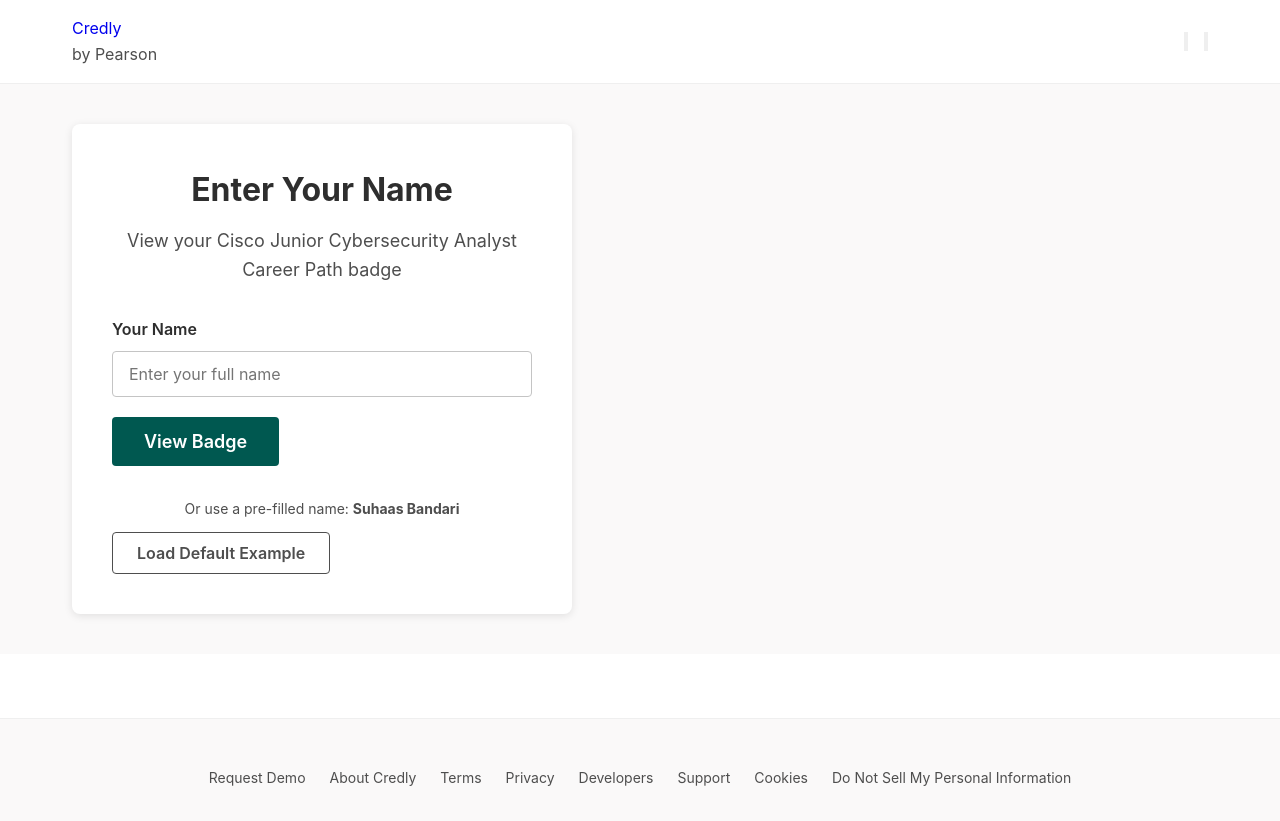
Repository: abhinay-25/credly
Page: index.html
An editor plug-in stored every save of this project. The page is shown before and after the next save, followed by the edit.
The browser window is 1280 px wide. The pictures show the whole page.

Above is the page before, as saved 2026-05-09 02:10:26.

### index.html
<!doctype html>
<html lang="en">
  <head>
    <meta charset="UTF-8" />
    <meta name="viewport" content="width=device-width, initial-scale=1.0" />
    <title>Credly Badge - Enter Your Name</title>
    <link rel="stylesheet" href="styles.css" />
  </head>
  <body>
    <!-- Header -->
    <header class="header">
      <div class="container">
        <div class="header-content">
          <div class="logo-section">
            <a href="#" class="logo">
              <span class="logo-text">Credly</span>
            </a>
            <span class="logo-subtitle">by Pearson</span>
          </div>
          <nav class="nav">
            <button class="nav-icon" aria-label="Search">
              <svg viewBox="0 0 24 24" xmlns="http://www.w3.org/2000/svg">
                <path d="M15.5 14h-.79l-.28-.27A6.471 6.471 0 0 0 16 9.5 6.5 6.5 0 1 0 9.5 16c1.61 0 3.09-.59 4.23-1.57l.27.28v.79l5 4.99L20.49 19l-4.99-5zm-6 0C7.01 14 5 11.99 5 9.5S7.01 5 9.5 5 14 7.01 14 9.5 11.99 14 9.5 14z" fill="currentColor"/>
              </svg>
            </button>
            <button class="nav-icon" aria-label="Menu">
              <svg viewBox="0 0 24 24" xmlns="http://www.w3.org/2000/svg">
                <path d="M3 18h18v-2H3v2zm0-5h18v-2H3v2zm0-7v2h18V6H3z" fill="currentColor"/>
              </svg>
            </button>
          </nav>
        </div>
      </div>
    </header>

    <!-- Main Content -->
    <main class="main-content entry-page">
      <div class="container">
        <div class="entry-card">
          <h1 class="entry-title">Enter Your Name</h1>
          <p class="entry-subtitle">
            View your Cisco Junior Cybersecurity Analyst Career Path badge
          </p>

          <form class="entry-form" id="nameForm">
            <div class="form-group">
              <label for="nameInput" class="form-label">Your Name</label>
              <input
                type="text"
                id="nameInput"
                class="form-input"
                placeholder="Enter your full name"
                required
              />
            </div>
            <button type="submit" class="btn btn-primary btn-large">
              View Badge
            </button>
          </form>

          <p class="entry-note">
            Or use a pre-filled name: <strong>Suhaas Bandari</strong>
          </p>
          <button class="btn btn-secondary" onclick="setDefaultName()">
            Load Default Example
          </button>
        </div>
      </div>
    </main>

    <!-- Footer -->
    <footer class="footer">
      <div class="container">
        <div class="footer-links">
          <a href="#" class="footer-link">Request Demo</a>
          <a href="#" class="footer-link">About Credly</a>
          <a href="#" class="footer-link">Terms</a>
          <a href="#" class="footer-link">Privacy</a>
          <a href="#" class="footer-link">Developers</a>
          <a href="#" class="footer-link">Support</a>
          <a href="#" class="footer-link">Cookies</a>
          <a href="#" class="footer-link"
            >Do Not Sell My Personal Information</a
          >
        </div>
      </div>
    </footer>

    <script>
      document
        .getElementById("nameForm")
        .addEventListener("submit", function (e) {
          e.preventDefault();
          const name = document.getElementById("nameInput").value.trim();
          if (name) {
            // Redirect to badge page with name as URL parameter
            window.location.href =
              "badge.html?name=" + encodeURIComponent(name);
          }
        });

      function setDefaultName() {
        // Redirect to badge page with default name as URL parameter
        window.location.href = "badge.html?name=Suhaas%20Bandari";
      }
    </script>
  </body>
</html>

### styles.css
/* ============================================
   GLOBAL STYLES & VARIABLES
   ============================================ */

:root {
    --color-primary: #005850;
    --color-primary-dark: #004438;
    --color-primary-light: #E5EEED;

    --color-text-heading: #2E2E2E;
    --color-text-body: #4E4E4E;
    --color-text-subtle: #737373;

    --color-bg-default: #FFFFFF;
    --color-bg-light: #FAF9F9;
    --color-bg-lighter: #F6F4F4;
    --color-bg-neutral: #EFEFEF;

    --color-border: #C4C4C4;
    --color-border-light: #EFEFEF;

    --font-family: -apple-system, BlinkMacSystemFont, "Segoe UI", "Open Sans", sans-serif;
    --font-size-base: 16px;
    --font-size-small: 14px;
    --font-size-large: 18px;
    --font-size-xl: 20px;
    --font-size-2xl: 24px;
    --font-size-3xl: 32px;
}

* {
    margin: 0;
    padding: 0;
    box-sizing: border-box;
}

html {
    font-size: 16px;
    scroll-behavior: smooth;
}

body {
    font-family: var(--font-family);
    color: var(--color-text-body);
    background-color: var(--color-bg-default);
    line-height: 1.6;
}

/* ============================================
   LAYOUT & CONTAINER
   ============================================ */

.container {
    max-width: 1200px;
    margin: 0 auto;
    padding: 0 20px;
    width: 100%;
}

/* ============================================
   HEADER
   ============================================ */

.header {
    background-color: var(--color-bg-default);
    border-bottom: 1px solid var(--color-border-light);
    padding: 16px 0;
    position: sticky;
    top: 0;
    z-index: 100;
}

.header-content {
    display: flex;
    justify-content: space-between;
    align-items: center;
    gap: 20px;
}

.logo {
    text-decoration: none;
    display: flex;
    align-items: center;
}

.logo-img {
    height: 40px;
    width: auto;
    object-fit: contain;
}

.nav {
    display: flex;
    gap: 12px;
    align-items: center;
}

/* ============================================
   BUTTONS
   ============================================ */

.btn {
    padding: 10px 24px;
    border: none;
    border-radius: 4px;
    font-size: var(--font-size-base);
    font-weight: 600;
    cursor: pointer;
    text-decoration: none;
    display: inline-flex;
    align-items: center;
    gap: 8px;
    transition: all 0.3s ease;
    font-family: var(--font-family);
}

.btn-primary {
    background-color: var(--color-primary);
    color: white;
}

.btn-primary:hover {
    background-color: var(--color-primary-dark);
}

.btn-secondary {
    background-color: transparent;
    color: var(--color-text-body);
    border: 1px solid var(--color-text-body);
}

.btn-secondary:hover {
    background-color: var(--color-bg-light);
}

.btn-verify {
    background-color: white;
    color: var(--color-primary);
    border: 1px solid var(--color-border);
    display: inline-flex;
    align-items: center;
    gap: 8px;
}

.btn-verify:hover {
    background-color: var(--color-bg-light);
}

.btn-verify svg {
    width: 18px;
    height: 18px;
}

.btn-verify:hover {
    background-color: var(--color-primary-light);
    border-color: var(--color-primary);
}

.btn-celebrate {
    background-color: white;
    color: var(--color-primary);
    border: 1px solid var(--color-border);
    display: inline-flex;
    align-items: center;
    gap: 8px;
}

.btn-celebrate:hover {
    background-color: var(--color-primary-light);
    border-color: var(--color-primary);
}

.btn-celebrate svg {
    width: 18px;
    height: 18px;
}

.btn-full {
    width: 100%;
    justify-content: center;
}

.btn-large {
    padding: 14px 32px;
    font-size: var(--font-size-large);
}

/* ============================================
   ENTRY PAGE
   ============================================ */

.entry-page {
    min-height: calc(100vh - 200px);
    display: flex;
    align-items: center;
    justify-content: center;
    background-color: var(--color-bg-light);
    padding: 40px 20px;
}

.entry-card {
    background-color: white;
    border-radius: 8px;
    padding: 40px;
    max-width: 500px;
    width: 100%;
    box-shadow: 0 2px 8px rgba(0, 0, 0, 0.1);
}

.entry-title {
    font-size: var(--font-size-3xl);
    font-weight: 700;
    color: var(--color-text-heading);
    margin-bottom: 12px;
    text-align: center;
}

.entry-subtitle {
    font-size: var(--font-size-large);
    color: var(--color-text-body);
    text-align: center;
    margin-bottom: 32px;
}

.entry-form {
    margin-bottom: 24px;
}

.form-group {
    margin-bottom: 20px;
}

.form-label {
    display: block;
    font-weight: 600;
    margin-bottom: 8px;
    color: var(--color-text-heading);
    font-size: var(--font-size-base);
}

.form-input {
    width: 100%;
    padding: 12px 16px;
    border: 1px solid var(--color-border);
    border-radius: 4px;
    font-size: var(--font-size-base);
    font-family: var(--font-family);
    transition: border-color 0.3s;
}

.form-input:focus {
    outline: none;
    border-color: var(--color-primary);
    box-shadow: 0 0 0 3px rgba(0, 88, 80, 0.1);
}

.entry-note {
    text-align: center;
    margin-top: 32px;
    margin-bottom: 12px;
    color: var(--color-text-body);
    font-size: var(--font-size-small);
}

/* ============================================
   BADGE BANNER
   ============================================ */

.badge-banner {
    background-color: var(--color-bg-light);
    padding: 32px 0;
    border-bottom: 1px solid var(--color-border-light);
}

.badge-banner-inner {
    display: grid;
    grid-template-columns: auto 1fr auto;
    align-items: center;
    gap: 24px;
}

.badge-banner-icon {
    width: 80px;
    height: 80px;
    border-radius: 50%;
    background-color: white;
    display: flex;
    align-items: center;
    justify-content: center;
    flex-shrink: 0;
    color: var(--color-text-subtle);
}

.badge-banner-icon svg {
    width: 45px;
    height: 45px;
}

.badge-banner-info {
    display: flex;
    flex-direction: column;
    gap: 4px;
}

.badge-issued-text {
    font-size: var(--font-size-base);
    color: var(--color-text-body);
    margin: 0;
}

.badge-name-link {
    color: var(--color-primary);
    text-decoration: none;
    font-weight: 600;
}

.badge-name-link:hover {
    text-decoration: underline;
}

.badge-date {
    font-size: var(--font-size-small);
    color: var(--color-text-body);
    margin: 0;
}

.badge-banner-actions {
    display: flex;
    gap: 12px;
    justify-content: flex-end;
}

/* ============================================
   BADGE CONTENT
   ============================================ */

.badge-content {
    padding: 48px 0;
}

.badge-layout {
    display: grid;
    grid-template-columns: 340px 1fr;
    gap: 40px;
    margin-bottom: 64px;
}

.badge-sidebar {
    display: flex;
    flex-direction: column;
    gap: 20px;
}

.badge-image {
    width: 100%;
    height: auto;
    border-radius: 8px;
    box-shadow: 0 2px 8px rgba(0, 0, 0, 0.1);
}

.badge-main {
    display: flex;
    flex-direction: column;
    gap: 32px;
}

.badge-header {
    display: flex;
    flex-direction: column;
    gap: 12px;
}

.badge-title {
    font-size: var(--font-size-3xl);
    font-weight: 700;
    color: var(--color-text-heading);
    line-height: 1.3;
}

.badge-issuer {
    display: flex;
    gap: 8px;
    align-items: center;
    font-size: var(--font-size-base);
    color: var(--color-text-body);
}

.issuer-link {
    color: var(--color-primary);
    text-decoration: none;
    font-weight: 600;
}

.issuer-link:hover {
    text-decoration: underline;
}

.badge-description {
    display: flex;
    flex-direction: column;
    gap: 16px;
}

.badge-description p {
    color: var(--color-text-body);
    font-size: var(--font-size-base);
    line-height: 1.7;
}

.learn-more-link {
    color: var(--color-primary);
    text-decoration: none;
    font-weight: 600;
    font-size: var(--font-size-base);
    display: inline-block;
    width: fit-content;
}

.learn-more-link:hover {
    text-decoration: underline;
}

.badge-tags {
    display: flex;
    gap: 12px;
    flex-wrap: wrap;
}

.tag {
    display: inline-flex;
    align-items: center;
    gap: 8px;
    padding: 8px 16px;
    background-color: var(--color-bg-light);
    border: 1px solid var(--color-border-light);
    border-radius: 4px;
    font-size: var(--font-size-small);
    color: var(--color-text-body);
}

.tag svg {
    width: 16px;
    height: 16px;
    color: var(--color-text-subtle);
}

/* ============================================
   SKILLS SECTION
   ============================================ */

.skills-section {
    display: flex;
    flex-direction: column;
    gap: 20px;
}

.section-title {
    font-size: var(--font-size-2xl);
    font-weight: 700;
    color: var(--color-text-heading);
}

.skills-grid {
    display: grid;
    grid-template-columns: repeat(auto-fill, minmax(200px, 1fr));
    gap: 12px;
}

.skill-tag {
    padding: 10px 16px;
    background-color: var(--color-bg-light);
    border: 1px solid var(--color-border-light);
    border-radius: 4px;
    font-size: var(--font-size-small);
    color: var(--color-text-body);
    text-align: center;
    cursor: pointer;
    transition: all 0.3s;
}

.skill-tag:hover {
    background-color: var(--color-primary-light);
    border-color: var(--color-primary);
    color: var(--color-primary);
}

/* ============================================
   EARNING CRITERIA SECTION
   ============================================ */

.earning-criteria-section {
    display: flex;
    flex-direction: column;
    gap: 20px;
    padding-top: 32px;
    border-top: 1px solid var(--color-border-light);
}

.criteria-list {
    display: flex;
    flex-direction: column;
    gap: 16px;
}

.criteria-item {
    display: flex;
    gap: 16px;
    padding: 16px;
    background-color: var(--color-bg-light);
    border-radius: 4px;
}

.criteria-item svg {
    width: 24px;
    height: 24px;
    color: var(--color-primary);
    flex-shrink: 0;
    margin-top: 2px;
}

.criteria-item span {
    font-size: var(--font-size-base);
    color: var(--color-text-body);
    line-height: 1.6;
}

/* ============================================
   RELATED BADGES SECTION
   ============================================ */

.related-section {
    padding-top: 48px;
    border-top: 1px solid var(--color-border-light);
}

.related-grid {
    display: grid;
    grid-template-columns: repeat(auto-fit, minmax(250px, 1fr));
    gap: 24px;
    margin-top: 24px;
}

.related-badge {
    display: flex;
    flex-direction: column;
    gap: 16px;
    text-align: center;
}

.related-badge-img {
    width: 100%;
    height: auto;
    max-width: 200px;
    margin: 0 auto;
    border-radius: 8px;
    box-shadow: 0 2px 8px rgba(0, 0, 0, 0.1);
}

.related-badge-title {
    font-size: var(--font-size-base);
    font-weight: 600;
    color: var(--color-text-heading);
}

/* ============================================
   MODAL & VERIFICATION
   ============================================ */

.modal-backdrop {
    position: fixed;
    top: 0;
    left: 0;
    right: 0;
    bottom: 0;
    background-color: rgba(0, 0, 0, 0.5);
    z-index: 999;
    display: none;
    opacity: 0;
    transition: opacity 0.3s;
}

.modal-backdrop.active {
    display: block;
    opacity: 1;
}

.modal {
    position: fixed;
    top: 50%;
    left: 50%;
    transform: translate(-50%, -50%) scale(0.95);
    background-color: white;
    border-radius: 8px;
    padding: 40px;
    max-width: 500px;
    width: 90%;
    z-index: 1000;
    display: none;
    opacity: 0;
    transition: all 0.3s;
    box-shadow: 0 20px 60px rgba(0, 0, 0, 0.3);
}

.modal.active {
    display: block;
    opacity: 1;
    transform: translate(-50%, -50%) scale(1);
}

.modal-header {
    display: flex;
    justify-content: space-between;
    align-items: center;
    margin-bottom: 24px;
    padding-bottom: 16px;
    border-bottom: 1px solid var(--color-border-light);
}

.modal-header h2 {
    font-size: var(--font-size-2xl);
    font-weight: 700;
    color: var(--color-text-heading);
    margin: 0;
}

.modal-close {
    background: none;
    border: none;
    font-size: 32px;
    cursor: pointer;
    color: var(--color-text-subtle);
    transition: color 0.3s;
    width: 40px;
    height: 40px;
    display: flex;
    align-items: center;
    justify-content: center;
}

.modal-close:hover {
    color: var(--color-text-heading);
}

.modal-body {
    display: flex;
    flex-direction: column;
    gap: 16px;
}

.verification-item {
    display: flex;
    align-items: center;
    gap: 12px;
    padding: 12px 0;
    border-bottom: 1px solid var(--color-border-light);
}

.verification-item svg {
    width: 20px;
    height: 20px;
    color: var(--color-primary);
    flex-shrink: 0;
}

.verification-item span {
    font-size: var(--font-size-base);
    color: var(--color-text-body);
}

.verification-item.verified-status {
    border: none;
    background-color: var(--color-primary-light);
    padding: 16px;
    border-radius: 4px;
    margin-top: 8px;
    font-weight: 600;
}

.verification-item.verified-status span {
    color: var(--color-primary);
    font-weight: 700;
}

/* ============================================
   FOOTER
   ============================================ */

.footer {
    background-color: var(--color-bg-light);
    border-top: 1px solid var(--color-border-light);
    padding: 48px 0 32px;
    margin-top: 64px;
}

.footer-links {
    display: flex;
    flex-wrap: wrap;
    gap: 24px;
    justify-content: center;
}

.footer-link {
    color: var(--color-text-body);
    text-decoration: none;
    font-size: var(--font-size-small);
    transition: color 0.3s;
}

.footer-link:hover {
    color: var(--color-primary);
    text-decoration: underline;
}

/* ============================================
   UTILITY CLASSES
   ============================================ */

.hide-mobile {
    display: none;
}

.hide-desktop {
    display: block;
}

/* ============================================
   RESPONSIVE DESIGN
   ============================================ */

/* Tablet (768px) */
@media (min-width: 768px) {
    .hide-mobile {
        display: block !important;
    }

    .hide-desktop {
        display: none !important;
    }

    .btn-secondary {
        display: block;
    }

    .badge-layout {
        grid-template-columns: 300px 1fr;
        gap: 40px;
    }

    .skills-grid {
        grid-template-columns: repeat(2, 1fr);
    }

    .badge-banner-inner {
        grid-template-columns: auto 1fr auto;
    }

    .badge-banner-actions {
        flex-direction: row;
    }
}

/* Desktop (1024px) */
@media (min-width: 1024px) {
    .container {
        padding: 0 32px;
    }

    .badge-layout {
        grid-template-columns: 340px 1fr;
        gap: 60px;
    }

    .skills-grid {
        grid-template-columns: repeat(3, 1fr);
    }

    .related-grid {
        grid-template-columns: repeat(3, 1fr);
    }

    .nav {
        gap: 16px;
    }
}

/* Mobile (320px - 767px) */
@media (max-width: 767px) {
    .container {
        padding: 0 12px;
    }

    .header {
        padding: 12px 0;
    }

    .header-content {
        gap: 8px;
    }

    .logo-img {
        height: 28px;
    }

    .nav {
        gap: 6px;
    }

    .btn {
        padding: 8px 12px;
        font-size: 12px;
    }

    .btn-large {
        padding: 12px 20px;
        font-size: 14px;
    }

    .btn-secondary {
        display: none;
    }

    .entry-card {
        padding: 20px;
    }

    .entry-title {
        font-size: 22px;
    }

    .entry-subtitle {
        font-size: 14px;
    }

    .badge-banner {
        padding: 16px 0;
        background-color: var(--color-bg-light);
    }

    .badge-banner-inner {
        grid-template-columns: auto 1fr auto;
        gap: 12px;
        align-items: center;
    }

    .badge-banner-icon {
        width: 48px;
        height: 48px;
    }

    .badge-banner-icon svg {
        width: 26px;
        height: 26px;
    }

    .badge-issued-text {
        font-size: 14px;
        font-weight: 600;
        line-height: 1.3;
    }

    .badge-date {
        font-size: 12px;
        color: var(--color-text-subtle);
    }

    .badge-banner-actions {
        flex-direction: row;
        gap: 8px;
        display: flex;
        justify-content: flex-end;
    }

    .badge-banner-actions .btn {
        padding: 8px 14px;
        font-size: 12px;
        white-space: nowrap;
        display: flex;
        align-items: center;
        gap: 6px;
    }

    .badge-banner-actions .btn svg {
        width: 16px;
        height: 16px;
    }

    .badge-content {
        padding: 20px 0;
    }

    .badge-layout {
        grid-template-columns: 1fr;
        gap: 20px;
        margin-bottom: 32px;
    }

    .badge-sidebar {
        gap: 12px;
    }

    .badge-image {
        max-width: 100%;
        width: 100%;
    }

    .badge-title {
        font-size: 20px;
        font-weight: 700;
        line-height: 1.2;
        margin-bottom: 12px;
    }

    .badge-issuer {
        font-size: 13px;
    }

    .section-title {
        font-size: 18px;
        font-weight: 700;
        margin-bottom: 16px;
    }

    .skills-grid {
        grid-template-columns: repeat(2, 1fr);
        gap: 8px;
    }

    .skill-tag {
        padding: 10px 12px;
        font-size: 12px;
        border: 1px solid var(--color-border-light);
        border-radius: 4px;
        text-align: center;
    }

    .badge-description p {
        font-size: 13px;
        line-height: 1.5;
    }

    .criteria-item {
        padding: 12px 0;
        gap: 12px;
        border-bottom: 1px solid var(--color-border-light);
    }

    .criteria-item:last-child {
        border-bottom: none;
    }

    .criteria-item svg {
        width: 20px;
        height: 20px;
        flex-shrink: 0;
    }

    .related-grid {
        display: flex !important;
        flex-direction: column;
        gap: 16px;
    }

    .related-item {
        display: flex;
        gap: 12px;
        align-items: flex-start;
    }

    .related-badge {
        display: flex !important;
        flex-direction: row !important;
        gap: 12px;
        align-items: flex-start;
        text-align: left !important;
    }

    .related-badge-img {
        max-width: 120px;
        min-width: 120px;
        height: auto;
        margin: 0;
    }

    .related-badge-title {
        flex: 1;
        font-size: 14px;
        line-height: 1.4;
    }

    .footer {
        padding: 32px 0 20px;
        margin-top: 40px;
    }

    .footer-links {
        gap: 8px;
        font-size: 11px;
    }

    .footer-link {
        font-size: 11px;
    }

    .modal {
        padding: 24px;
        max-width: 90%;
    }

    .modal-header h2 {
        font-size: 20px;
    }

    .modal-close {
        width: 32px;
        height: 32px;
        font-size: 28px;
    }

    .verification-item span {
        font-size: 13px;
    }
}

/* ============================================
   PRINT STYLES
   ============================================ */

@media print {
    .header,
    .footer,
    .nav,
    .badge-banner-actions {
        display: none;
    }

    body {
        background-color: white;
    }
}

After the next save:
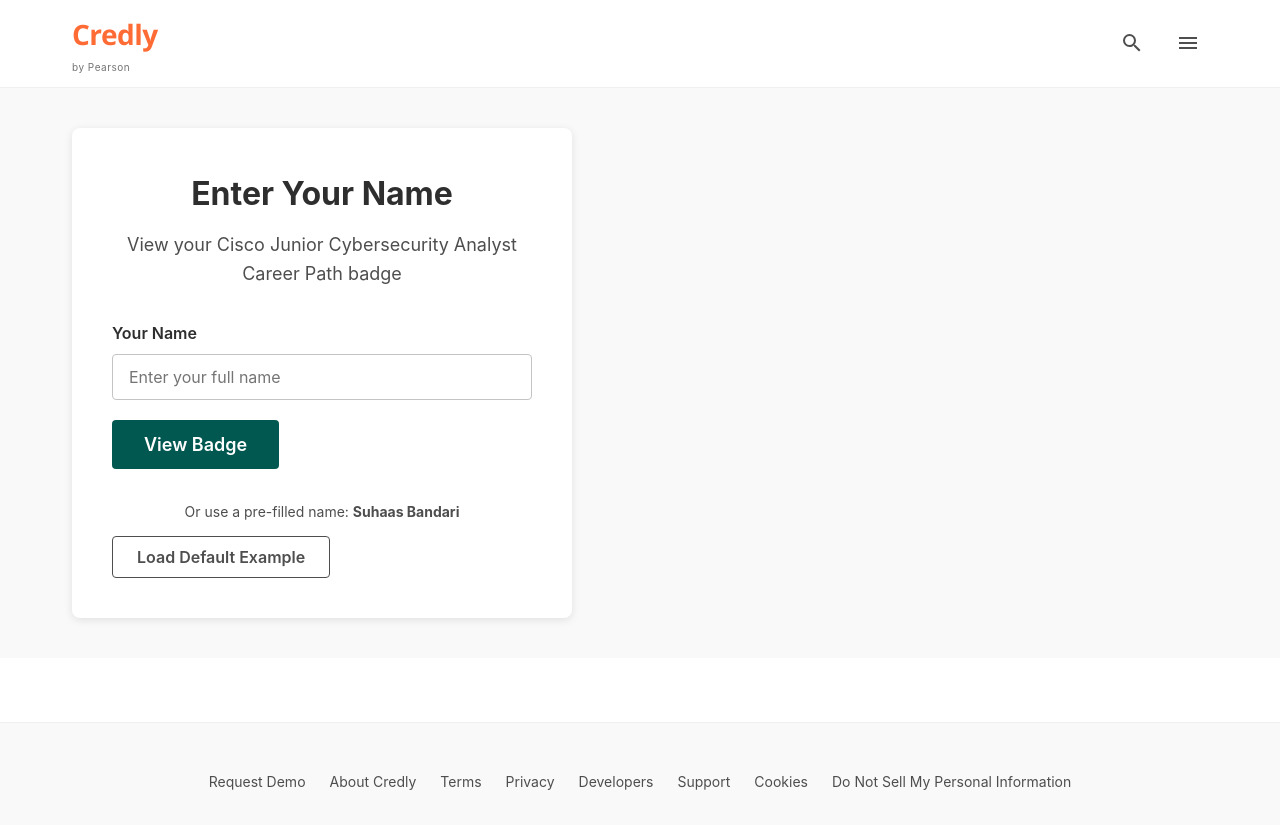
Saved 14 s later.
--- a/styles.css
+++ b/styles.css
@@ -64,7 +64,7 @@
 .header {
     background-color: var(--color-bg-default);
     border-bottom: 1px solid var(--color-border-light);
-    padding: 16px 0;
+    padding: 12px 0;
     position: sticky;
     top: 0;
     z-index: 100;
@@ -77,10 +77,32 @@
     gap: 20px;
 }
 
+.logo-section {
+    display: flex;
+    flex-direction: column;
+    align-items: flex-start;
+    gap: 2px;
+}
+
 .logo {
     text-decoration: none;
     display: flex;
     align-items: center;
+}
+
+.logo-text {
+    font-size: 28px;
+    font-weight: 700;
+    color: #FF6B35;
+    font-family: 'Segoe UI', Tahoma, Geneva, Verdana, sans-serif;
+    letter-spacing: -0.5px;
+}
+
+.logo-subtitle {
+    font-size: 10px;
+    color: var(--color-text-subtle);
+    font-weight: 400;
+    letter-spacing: 0.5px;
 }
 
 .logo-img {
@@ -91,8 +113,29 @@
 
 .nav {
     display: flex;
-    gap: 12px;
-    align-items: center;
+    gap: 16px;
+    align-items: center;
+}
+
+.nav-icon {
+    background: none;
+    border: none;
+    cursor: pointer;
+    padding: 8px;
+    display: flex;
+    align-items: center;
+    justify-content: center;
+    color: var(--color-text-body);
+    transition: color 0.2s ease;
+}
+
+.nav-icon:hover {
+    color: var(--color-primary);
+}
+
+.nav-icon svg {
+    width: 24px;
+    height: 24px;
 }
 
 /* ============================================
